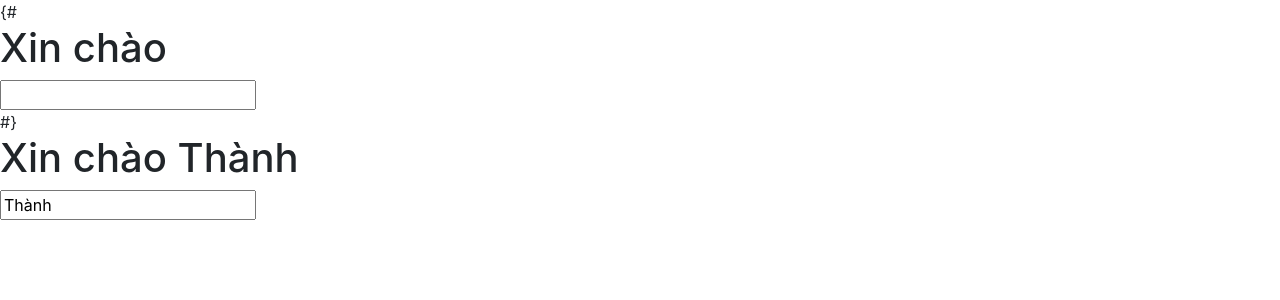
Repository: anhthanh96vp/pre-learner
Page: Vuejs/component/5-component.html
The author's editor kept a copy of each file at every save. The page is drawn from the files as they stood at one save, then again after the next save.
The browser window is 1280 px wide. The pictures show the whole page.
Some web libraries are served in a nearby version.

Above is the page before, as saved 2018-05-24 14:27:24.

### Vuejs/component/5-component.html
<!DOCTYPE html>
<html lang="en">
<head>
    <meta charset="UTF-8">
    <meta name="viewport" content="width=device-width, initial-scale=1.0">
    <meta http-equiv="X-UA-Compatible" content="ie=edge">
    <title>Document</title>
    <link rel="stylesheet" href="https://maxcdn.bootstrapcdn.com/bootstrap/4.0.0/css/bootstrap.min.css">
</head>
<body>
    <template id="hello-template">
        <div>
            <h1>{{message}} {{userName}}</h1>
        </div>
    </template>
    <template id="form-template">
        <div>
            <input type="text" v-model="userName">
        </div>
    </template>

    <template id="all-template">
        <div>
        <hello-component :user-name="userName"></hello-component>
        <form-component :user-name="userName"></form-component>
        </div>
    </template>




    <div id="app">


           {# <hello-component></hello-component>
           <form-component></form-component> #}
            <all-component></hello-component>

    </div>







        <script src="https://unpkg.com/vue@2.5.16/dist/vue.js"></script>
        <script type="text/javascript">
            Vue.component('hello-component',{
                template: '#hello-template',
                data: function(){
                    return {
                        message: 'Xin chào'
                    }
                },
                props: ['userName']

            })
            Vue.component('form-component',{
                template: '#form-template',
                props: ['userName']
            })
            Vue.component('all-component',{
                template: '#all-template',
                data: function(){
                    return {
                        userName: 'Thành'
                    }
                }

            })
            new Vue ({
                el: '#app'
            })
        </script>
</body>
</html>

After the next save:
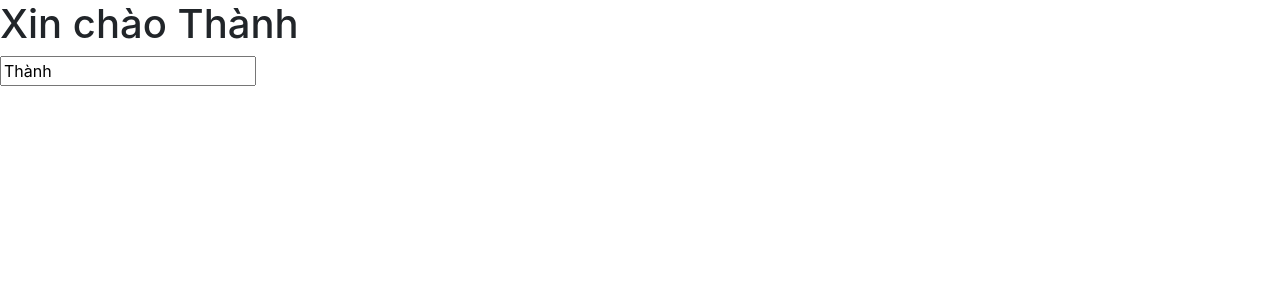
Saved 9 s later.
--- a/Vuejs/component/5-component.html
+++ b/Vuejs/component/5-component.html
@@ -32,8 +32,7 @@
     <div id="app">
 
 
-           {# <hello-component></hello-component>
-           <form-component></form-component> #}
+
             <all-component></hello-component>
 
     </div>
